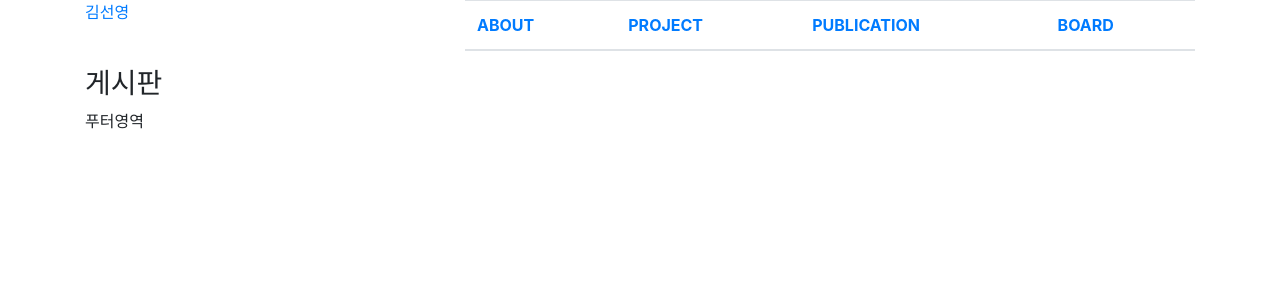
Repository: supremest35/web-projects
Page: http://localhost/noticeboard/board/list.jsp
An editor plug-in stored every save of this project. The page is shown before and after the next save, followed by the edit.
The browser window is 1280 px wide. The pictures show the whole page.
The page is served by Tomcat 9. Other server files are loaded and not shown.

Above is the page before, as saved 2020-12-06 03:25:25.

### noticeboard/WebContent/board/list.jsp
<%@ page language="java" contentType="text/html; charset=UTF-8"
    pageEncoding="UTF-8"%>
<!DOCTYPE html>
<html lang="ko">
<head>
  <title>Bootstrap 4 Example</title>
  <meta charset="utf-8">
  <meta name="viewport" content="width=device-width, initial-scale=1">
  <link rel="stylesheet" href="https://maxcdn.bootstrapcdn.com/bootstrap/4.5.2/css/bootstrap.min.css">
  <script src="https://ajax.googleapis.com/ajax/libs/jquery/3.5.1/jquery.min.js"></script>
  <script src="https://cdnjs.cloudflare.com/ajax/libs/popper.js/1.16.0/umd/popper.min.js"></script>
  <script src="https://maxcdn.bootstrapcdn.com/bootstrap/4.5.2/js/bootstrap.min.js"></script>
</head>
<body>
<div class="container">
	<div class="row">
		<div class="col-2"><a href="index.jsp">김선영</a></div>
		<div class="col-2"></div>
		<div class="col-8">
			<table class="table">
				<thead>
					<tr>
						<th><a href="">ABOUT</a></th>
						<th><a href="">PROJECT</a></th>
						<th><a href="">PUBLICATION</a></th>
						<th><a href="board/list.jsp">BOARD</a></th>
					</tr>
				</thead>
			</table>
		</div>
	</div>
	<div class="row">
		<div class="col-12"><h3>게시판</h3></div>

	</div>
	<div class="row">
		<div class="col-12">푸터영역</div>
	</div>
</div>
</body>
</html>

After the next save:
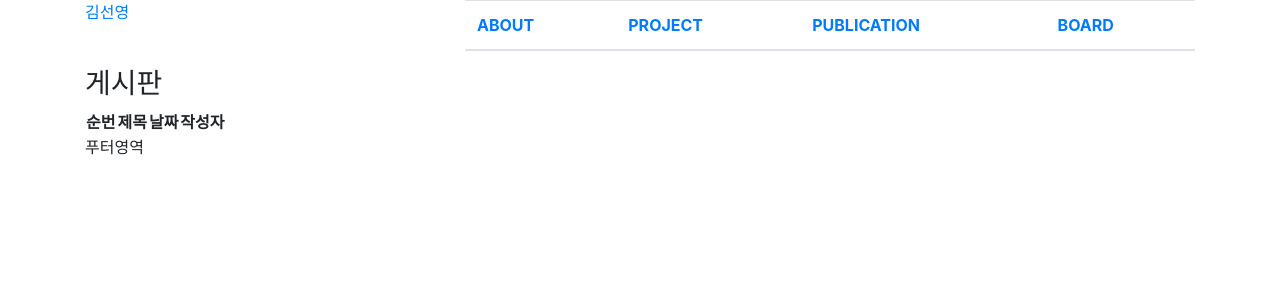
Saved 3 min 40 s later.
--- a/noticeboard/WebContent/board/list.jsp
+++ b/noticeboard/WebContent/board/list.jsp
@@ -31,7 +31,18 @@
 	</div>
 	<div class="row">
 		<div class="col-12"><h3>게시판</h3></div>
-
+		<div class="col-12">
+			<table>
+				<thead>
+					<tr>
+						<th>순번</th>
+						<th>제목</th>
+						<th>날짜</th>
+						<th>작성자</th>
+					</tr>
+				</thead>
+			</table>
+		</div>
 	</div>
 	<div class="row">
 		<div class="col-12">푸터영역</div>
